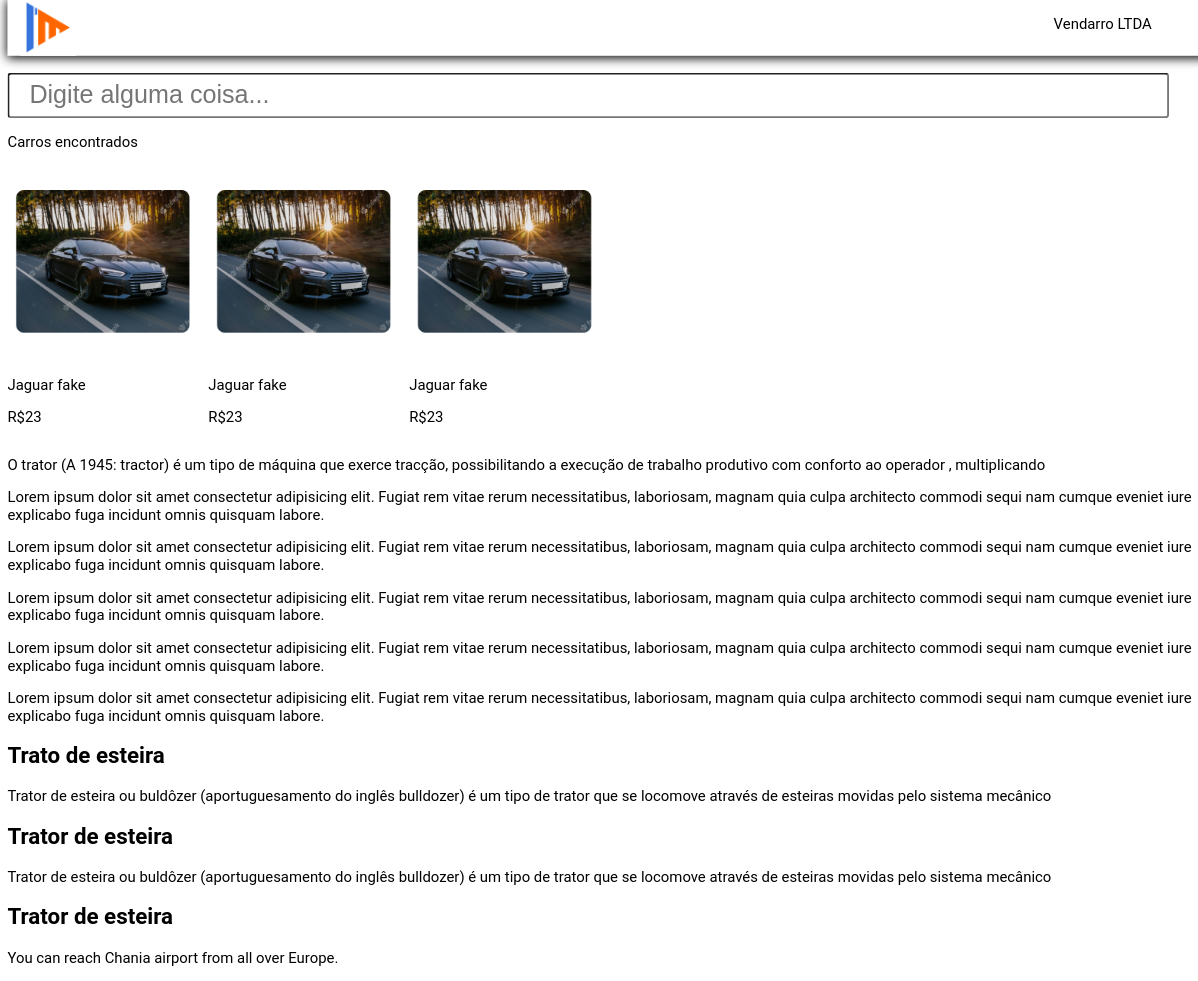
Repository: ecrseer/pesquisa-carros-html
Page: index.html
An editor plug-in stored every save of this project. The page is shown before and after the next save, followed by the edit.
The browser window is 1280 px wide. The page is 1288 px wide, so the pictures cover 1288 px, including what lies to the right of the window. The pictures show the whole page, at 93% of full size.

Above is the page before, as saved 2022-01-21 17:11:17.

### index.html
<!doctype html>

<html lang="pt-br">
  <html lang="pt-br">
    <head>
        <meta charset="UTF-8"/>
        <meta name="viewport" content="width=device-width,
        initial-scale=1.0"/>
        <meta http-equiv="X-UA-Compatible" content="ie=edge">
        <title>Vendarro LTDA</title>

  <link rel="stylesheet" href="index.css">

</head>

<body >
    <nav class="header flex wid95 ">
      <img src="./imgs/logo.png" alt="">
      <div></div>
      <p>Vendarro LTDA</p>

      </nav>
      <div class="">
        <div class="espaco"></div>
        <div class="row">
               <input type="text" class="wid95 borda-redonda"
               placeholder="Digite alguma coisa...">
        </div>


        <div class="row">
          <p>Carros encontrados</p>
          <section class="gridcards">
            <div class="card">
              <img src="./imgs/carro.png" class="wid95" alt="">
              <p>Jaguar fake</p>
              <p>R$23</p>
            </div>
            <div class="card">
              <img src="./imgs/carro.png" class="wid95" alt="">
              <p>Jaguar fake</p>
              <p>R$23</p>
            </div>
            <div class="card">
              <img src="./imgs/carro.png" class="wid95" alt="">
              <p>Jaguar fake</p>
              <p>R$23</p>
            </div>
          </section>
          <p>O trator (A 1945: tractor) é um tipo de máquina que exerce tracção,
             possibilitando a execução de trabalho produtivo com conforto ao operador
             , multiplicando </p>
             <p>Lorem ipsum dolor sit amet consectetur adipisicing elit. Fugiat rem vitae rerum necessitatibus, laboriosam, magnam quia culpa architecto commodi sequi nam cumque eveniet iure explicabo fuga incidunt omnis quisquam labore.</p>
             <p>Lorem ipsum dolor sit amet consectetur adipisicing elit. Fugiat rem vitae rerum necessitatibus, laboriosam, magnam quia culpa architecto commodi sequi nam cumque eveniet iure explicabo fuga incidunt omnis quisquam labore.</p>
             <p>Lorem ipsum dolor sit amet consectetur adipisicing elit. Fugiat rem vitae rerum necessitatibus, laboriosam, magnam quia culpa architecto commodi sequi nam cumque eveniet iure explicabo fuga incidunt omnis quisquam labore.</p>
             <p>Lorem ipsum dolor sit amet consectetur adipisicing elit. Fugiat rem vitae rerum necessitatibus, laboriosam, magnam quia culpa architecto commodi sequi nam cumque eveniet iure explicabo fuga incidunt omnis quisquam labore.</p>
             <p>Lorem ipsum dolor sit amet consectetur adipisicing elit. Fugiat rem vitae rerum necessitatibus, laboriosam, magnam quia culpa architecto commodi sequi nam cumque eveniet iure explicabo fuga incidunt omnis quisquam labore.</p>
        </div>

        <div class="col-3 col-s-12">
          <div class="aside">
            <h2>Trato de esteira</h2>
            <p>Trator de esteira ou buldôzer (aportuguesamento do inglês bulldozer) é um tipo de trator que se locomove através de esteiras movidas pelo sistema mecânico</p>
            <h2>Trator de esteira</h2>
            <p>Trator de esteira ou buldôzer (aportuguesamento do inglês bulldozer) é um tipo de trator que se locomove através de esteiras movidas pelo sistema mecânico</p>
            <h2>Trator de esteira</h2>
            <p>You can reach Chania airport from all over Europe.</p>

          </div>
        </div>


      </div>

  <script src="scripts.js"></script>

</body>
</html>

### index.css


  html,body {
    font-family: "Roboto","Lucida Sans", sans-serif;
    width: 100%;
    --topbar-altura:60px;
    --fundo-card: #E5E5E5;

  }
  .espaco{
    height: calc(var(--topbar-altura) + 10px);
  }
  .wid95{
    width: 95%;
  }

  .borda-redonda{
    border-radius: 4px;
  }
  input{
    padding: 1vh;
    padding-left: 3vh;
    font-size: 27px;
  }

  .header {
    background: white;
    position: fixed;
    top:0;
    max-height: var(--topbar-altura);
    box-shadow: 1px 1px 11px 1px;
    padding: 0 2vh;
    padding-right: 424px;
  }
  .flex{
    display: flex;
    justify-content: space-between;
  }
  .gridcards{
    display: grid;
    grid-template-columns: repeat(auto-fill, 30vh)
  }
  .card{
    background: ;
  }

### scripts.js
function recurs(nmbr){

    if (nmbr==1)
    return 1;
    else
    arr.push(3*recurs(nmbr-1));
}

let
    isWhite = false,
    arr=[];
    let
    fixo=new Array(5);

    fixo[0]='E';
    fixo[4]='S';
    console.log(fixo);


function changeTheme(){
    isWhite ? document.querySelector("body").style.backgroundColor='#010101' :
    document.querySelector("body").style.backgroundColor='#fff';

    isWhite= !isWhite;

    function hapn(){
        console.log('data');
    }

    console.log(arr);
}

After the next save:
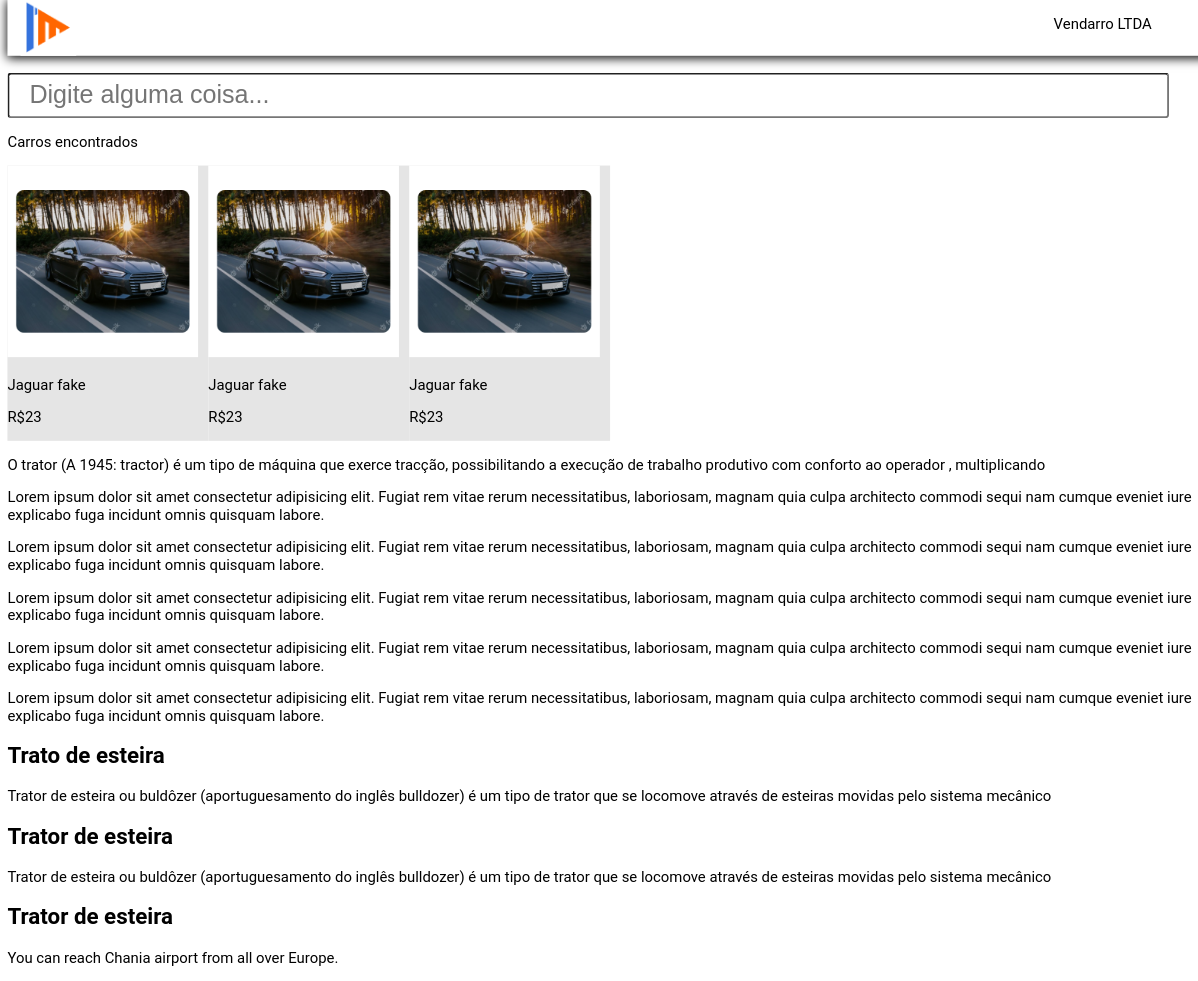
Saved 5 s later.
--- a/index.css
+++ b/index.css
@@ -41,5 +41,5 @@
     grid-template-columns: repeat(auto-fill, 30vh)
   }
   .card{
-    background: ;
+    background: var(--fundo-card);
   }
